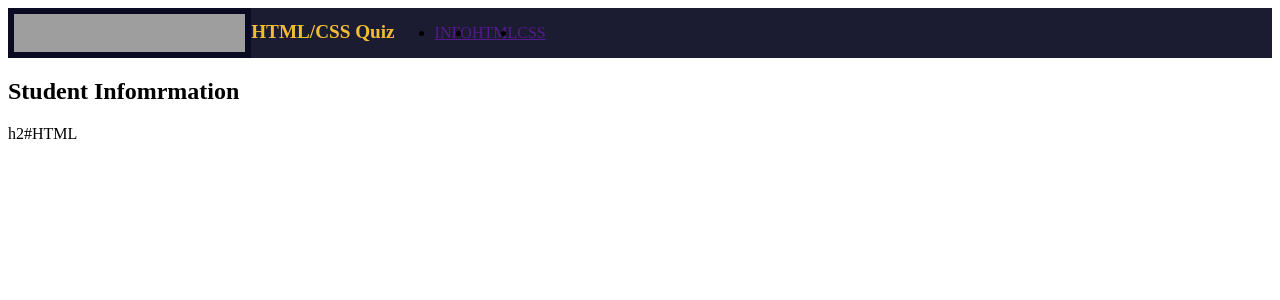
Repository: Lungdjos/accessibility_build_quiz
Page: index.html
An editor plug-in stored every save of this project. The page is shown before and after a run of saves, followed by the edit.
The browser window is 1280 px wide. The pictures show the whole page.
Pictures or frames that could not be fetched are drawn as grey boxes.

Above is the page before, as saved 2023-10-28 04:32:49.

After the next 6 saves:
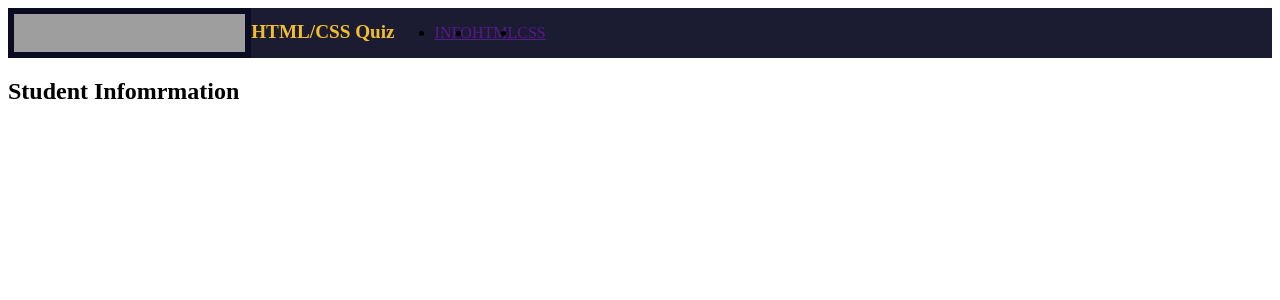
The 6 saves are shown as one change because they came seconds apart.
The last was saved 17 s later.
--- a/index.html
+++ b/index.html
@@ -30,7 +30,7 @@
                 <h2 id="student-info">Student Infomrmation</h2>
             </section>
             <section role="region" aria-labelledby="html-questions">
-                h2#HTML
+                <h2 id="html-questions"></h2>
             </section>
             <section role="region" aria-labelledby="css-questions"></section>
         </form>
